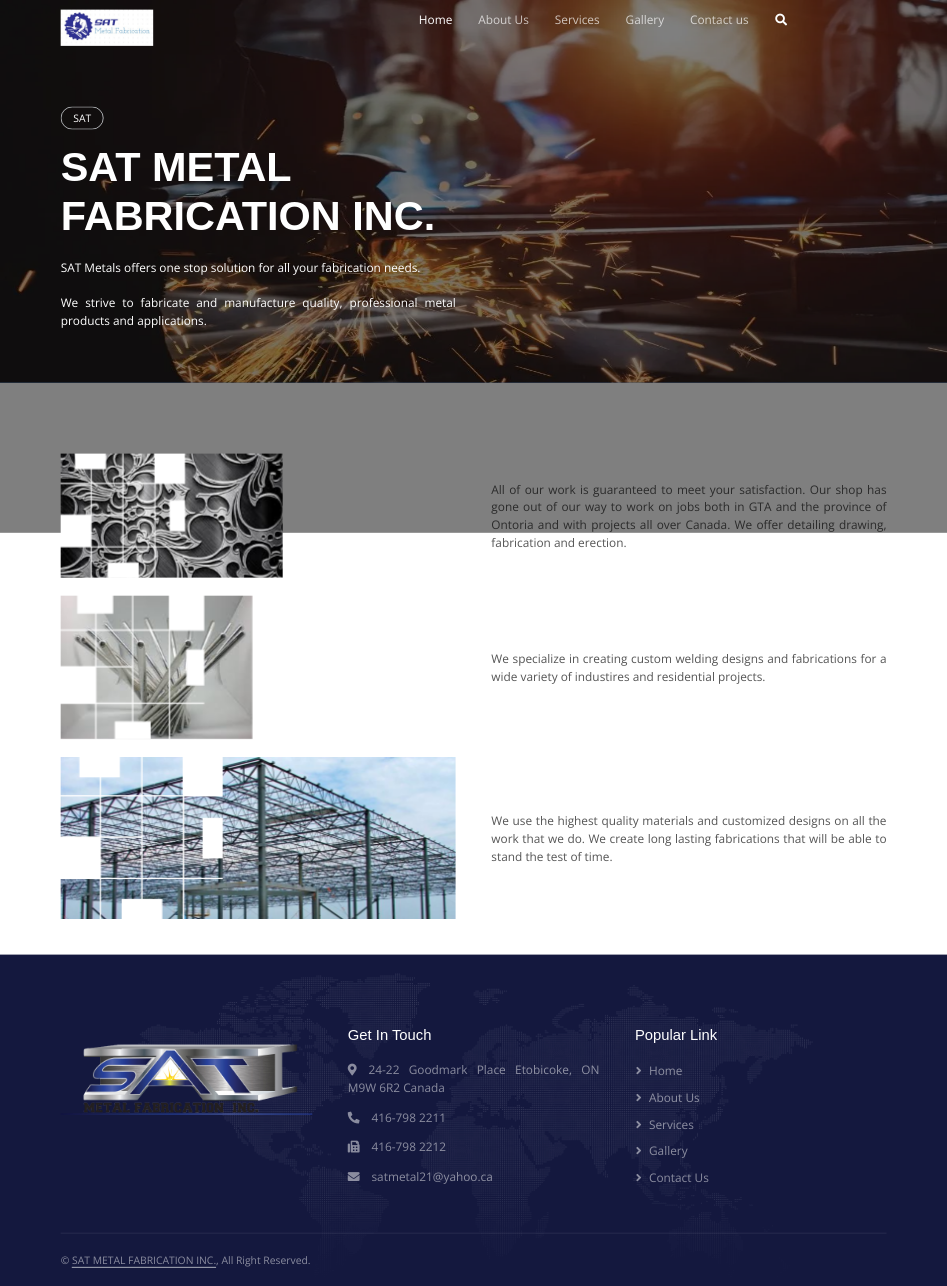
Repository: dzyte-services/satmetal
Page: http://localhost/
The author's editor kept a copy of each file at every save. The page is drawn from the files as they stood at one save, then again after the next save.
The browser window is 1280 px wide. The pictures show the whole page, at 74% of full size.
Some web fonts or font styles are not loaded; a fallback is used. Some web libraries are served in a nearby version. The page is run by PHP 8.4 with error messages shown; the project is at /var/www/html/.

Above is the page before, as saved 2023-11-07 17:55:13.

After the next save:
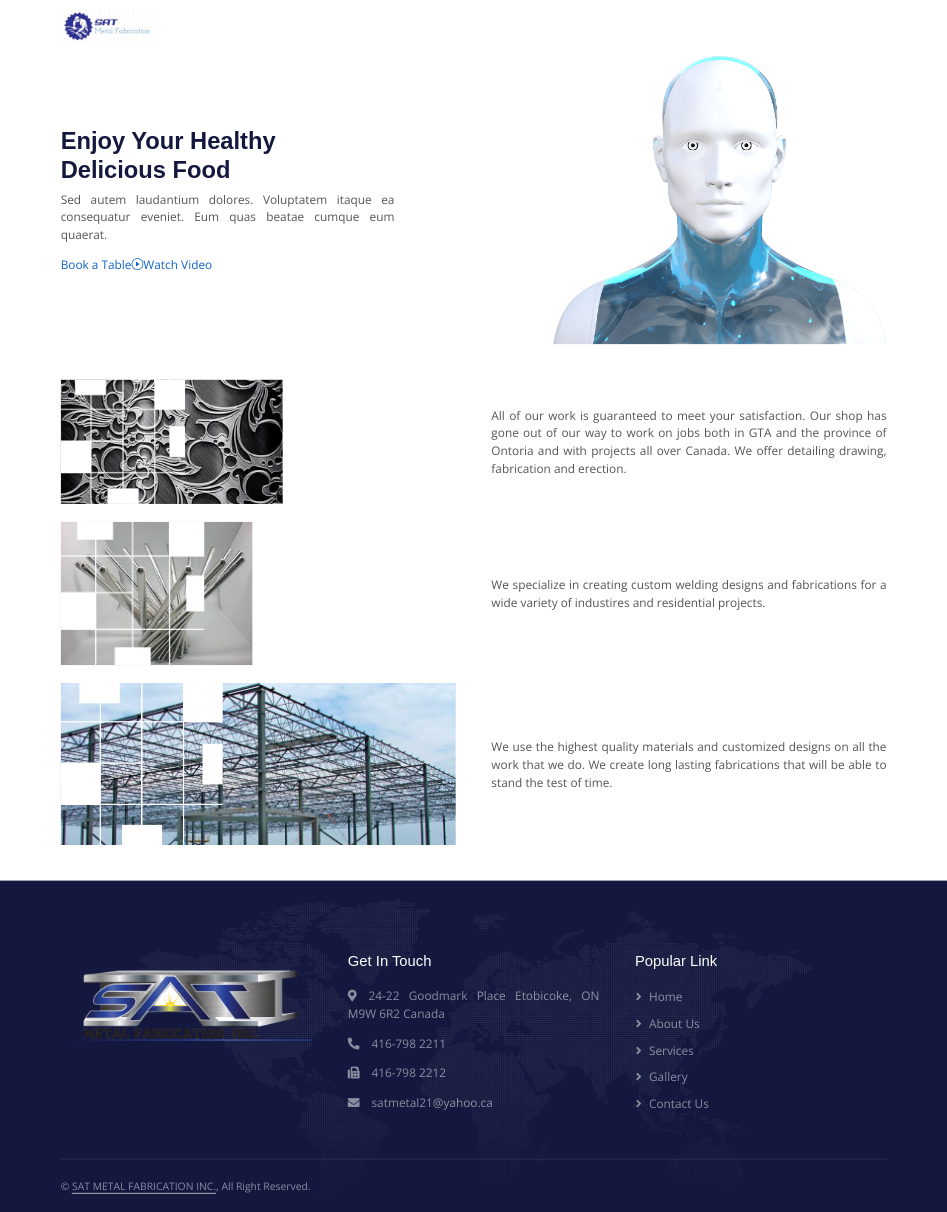
Saved 16 h 13 min later.
--- a/header/home.php
+++ b/header/home.php
@@ -1,19 +1,18 @@
-<!-- Hero Start -->
-<div class="container-fluid pt-5 bg-primary hero-header mb-5">
-        <div class="container pt-5">
-            <div class="row g-5 pt-5">
-                <div class="col-lg-6 align-self-center text-center text-lg-start mb-lg-5">
-                    <div class="btn btn-sm border rounded-pill text-white px-3 mb-3 animated slideInRight">SAT</div>
-                    <h1 class="display-4 text-white mb-4 animated slideInRight">SAT METAL FABRICATION INC.</h1>
-                    <p class="text-white mb-4 animated slideInRight">SAT Metals offers one stop solution for all your fabrication needs.</p>
-                    <p class="text-white mb-4 animated slideInRight">We strive to fabricate and manufacture quality, professional metal products and applications.</p>
-                    <!-- <a href="" class="btn btn-light py-sm-3 px-sm-5 rounded-pill me-3 animated slideInRight">Read More</a> -->
-                    <!-- <a href="" class="btn btn-outline-light py-sm-3 px-sm-5 rounded-pill animated slideInRight">Contact Us</a> -->
-                </div>
-                <div class="col-lg-6 align-self-end text-center text-lg-end">
-                    <!-- <img class="img-fluid" src="img/SAT_Logo.png" alt=""> -->
-                </div>
-            </div>
+<!-- ======= Hero Section ======= -->
+<section id="hero" class="hero d-flex align-items-center section-bg">
+    <div class="container">
+      <div class="row justify-content-between gy-5">
+        <div class="col-lg-5 order-2 order-lg-1 d-flex flex-column justify-content-center align-items-center align-items-lg-start text-center text-lg-start">
+          <h2 data-aos="fade-up">Enjoy Your Healthy<br>Delicious Food</h2>
+          <p data-aos="fade-up" data-aos-delay="100">Sed autem laudantium dolores. Voluptatem itaque ea consequatur eveniet. Eum quas beatae cumque eum quaerat.</p>
+          <div class="d-flex" data-aos="fade-up" data-aos-delay="200">
+            <a href="#book-a-table" class="btn-book-a-table">Book a Table</a>
+            <a href="https://www.youtube.com/watch?v=LXb3EKWsInQ" class="glightbox btn-watch-video d-flex align-items-center"><i class="bi bi-play-circle"></i><span>Watch Video</span></a>
+          </div>
         </div>
+        <div class="col-lg-5 order-1 order-lg-2 text-center text-lg-start">
+          <img src="assets/img/hero-img.png" class="img-fluid" alt="" data-aos="zoom-out" data-aos-delay="300">
+        </div>
+      </div>
     </div>
-    <!-- Hero End -->
+  </section><!-- End Hero Section -->

After the save that followed:
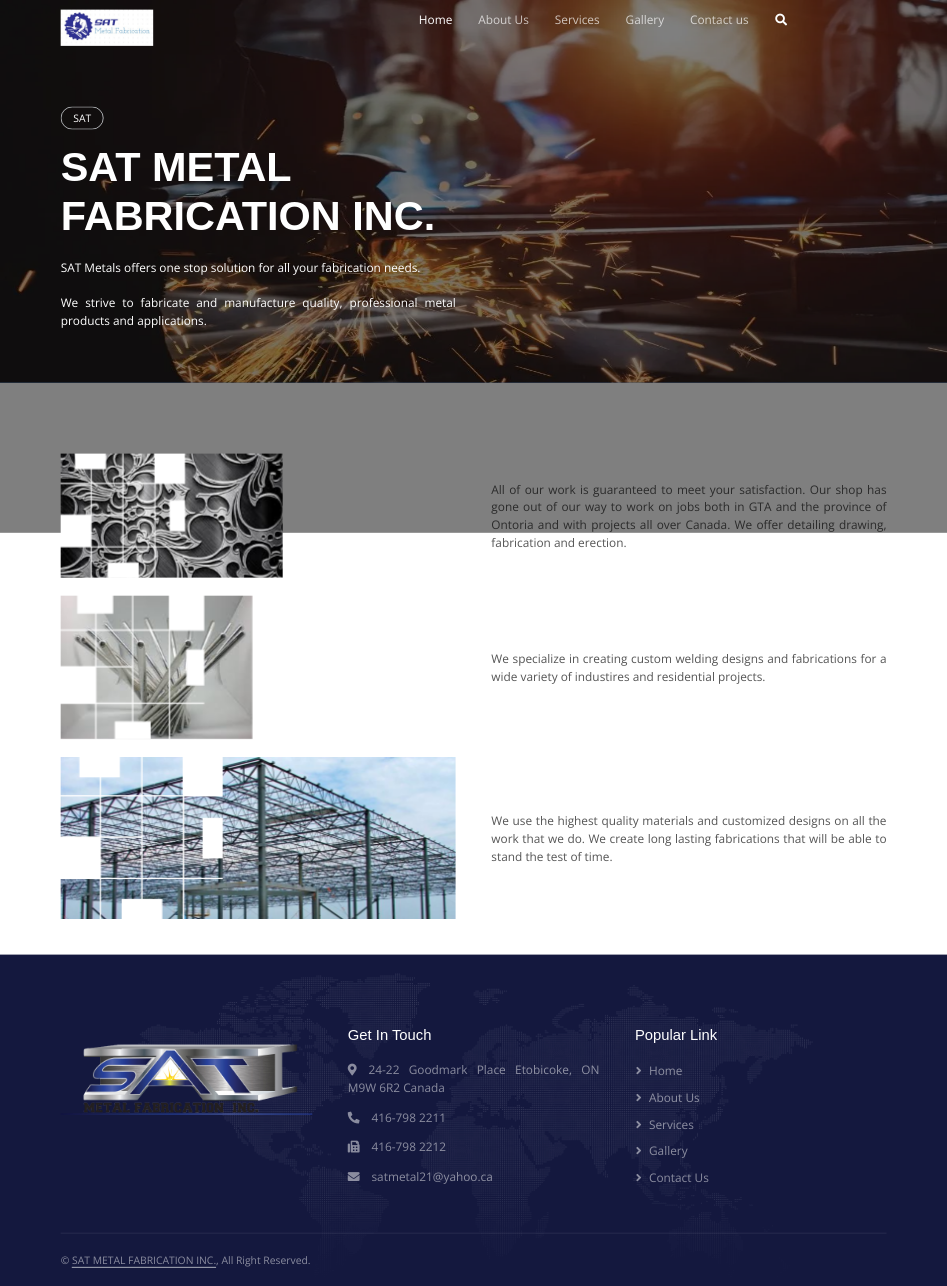
Saved 10 s later.
--- a/header/home.php
+++ b/header/home.php
@@ -1,18 +1,19 @@
-<!-- ======= Hero Section ======= -->
-<section id="hero" class="hero d-flex align-items-center section-bg">
-    <div class="container">
-      <div class="row justify-content-between gy-5">
-        <div class="col-lg-5 order-2 order-lg-1 d-flex flex-column justify-content-center align-items-center align-items-lg-start text-center text-lg-start">
-          <h2 data-aos="fade-up">Enjoy Your Healthy<br>Delicious Food</h2>
-          <p data-aos="fade-up" data-aos-delay="100">Sed autem laudantium dolores. Voluptatem itaque ea consequatur eveniet. Eum quas beatae cumque eum quaerat.</p>
-          <div class="d-flex" data-aos="fade-up" data-aos-delay="200">
-            <a href="#book-a-table" class="btn-book-a-table">Book a Table</a>
-            <a href="https://www.youtube.com/watch?v=LXb3EKWsInQ" class="glightbox btn-watch-video d-flex align-items-center"><i class="bi bi-play-circle"></i><span>Watch Video</span></a>
-          </div>
+<!-- Hero Start -->
+<div class="container-fluid pt-5 bg-primary hero-header mb-5">
+        <div class="container pt-5">
+            <div class="row g-5 pt-5">
+                <div class="col-lg-6 align-self-center text-center text-lg-start mb-lg-5">
+                    <div class="btn btn-sm border rounded-pill text-white px-3 mb-3 animated slideInRight">SAT</div>
+                    <h1 class="display-4 text-white mb-4 animated slideInRight">SAT METAL FABRICATION INC.</h1>
+                    <p class="text-white mb-4 animated slideInRight">SAT Metals offers one stop solution for all your fabrication needs.</p>
+                    <p class="text-white mb-4 animated slideInRight">We strive to fabricate and manufacture quality, professional metal products and applications.</p>
+                    <!-- <a href="" class="btn btn-light py-sm-3 px-sm-5 rounded-pill me-3 animated slideInRight">Read More</a> -->
+                    <!-- <a href="" class="btn btn-outline-light py-sm-3 px-sm-5 rounded-pill animated slideInRight">Contact Us</a> -->
+                </div>
+                <div class="col-lg-6 align-self-end text-center text-lg-end">
+                    <!-- <img class="img-fluid" src="img/SAT_Logo.png" alt=""> -->
+                </div>
+            </div>
         </div>
-        <div class="col-lg-5 order-1 order-lg-2 text-center text-lg-start">
-          <img src="assets/img/hero-img.png" class="img-fluid" alt="" data-aos="zoom-out" data-aos-delay="300">
-        </div>
-      </div>
     </div>
-  </section><!-- End Hero Section -->
+    <!-- Hero End -->
